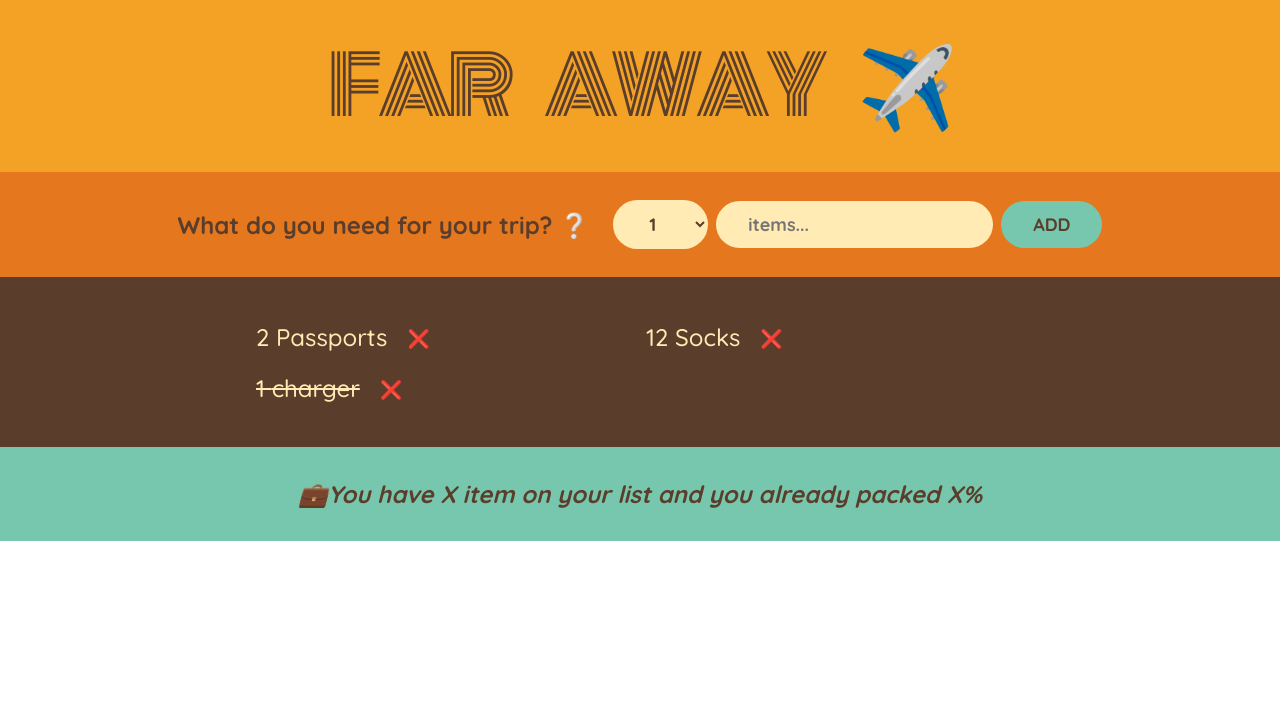
Repository: vgor15/Far-Away
Page: /
These files come from the project's save history. The page is drawn as it stood at one moment and after the next save; the edit follows.
The browser window is 1280 px wide. The pictures show the whole page.
The project was rebuilt for these pictures with package versions that can differ from the ones it lists, and the page was loaded fresh each time.

Above is the page before, as saved 2025-03-09 00:00:42.

After the next save:
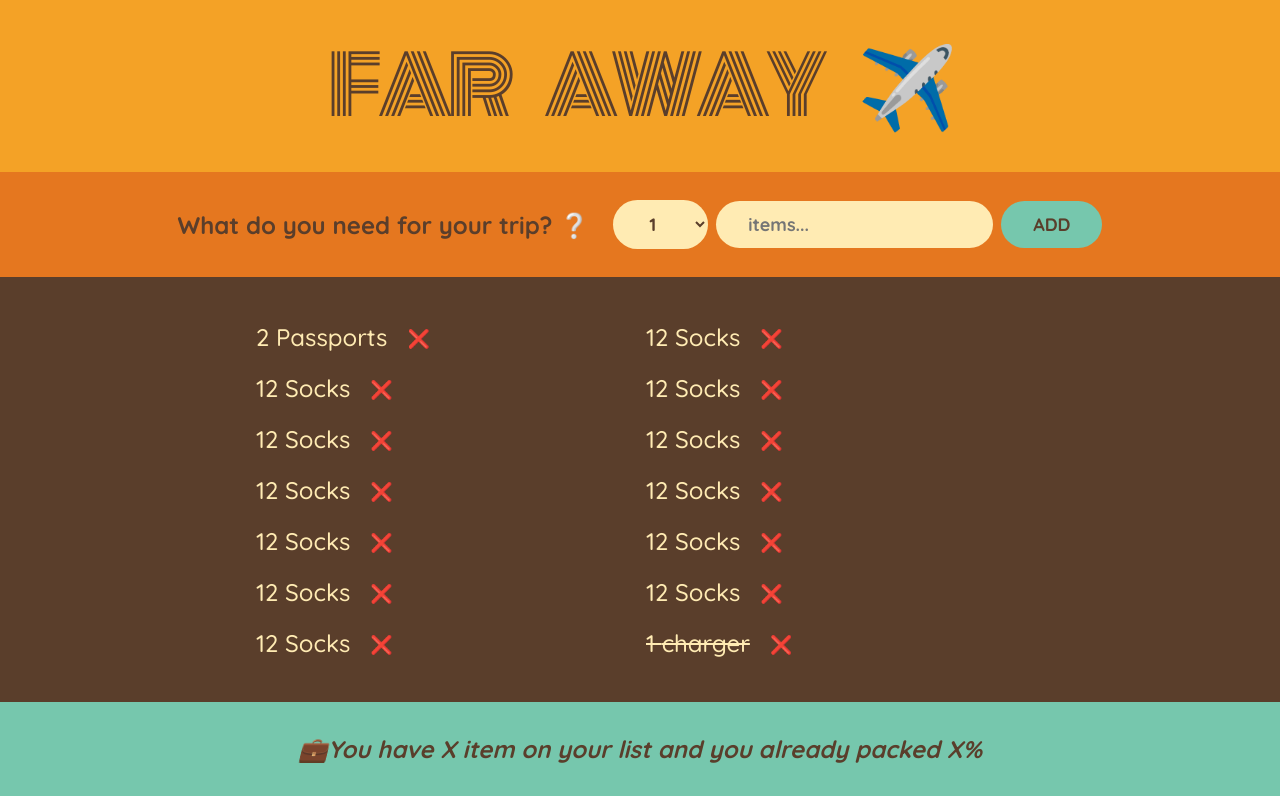
Saved 37 s later.
--- a/src/App.js
+++ b/src/App.js
@@ -1,5 +1,16 @@
 const initialItems = [
   { id: 1, description: "Passports", quantity: 2, packed: false },
+  { id: 2, description: "Socks", quantity: 12, packed: false },
+  { id: 2, description: "Socks", quantity: 12, packed: false },
+  { id: 2, description: "Socks", quantity: 12, packed: false },
+  { id: 2, description: "Socks", quantity: 12, packed: false },
+  { id: 2, description: "Socks", quantity: 12, packed: false },
+  { id: 2, description: "Socks", quantity: 12, packed: false },
+  { id: 2, description: "Socks", quantity: 12, packed: false },
+  { id: 2, description: "Socks", quantity: 12, packed: false },
+  { id: 2, description: "Socks", quantity: 12, packed: false },
+  { id: 2, description: "Socks", quantity: 12, packed: false },
+  { id: 2, description: "Socks", quantity: 12, packed: false },
   { id: 2, description: "Socks", quantity: 12, packed: false },
   { id: 2, description: "charger", quantity: 1, packed: true },
 ];

After the 2 saves that followed:
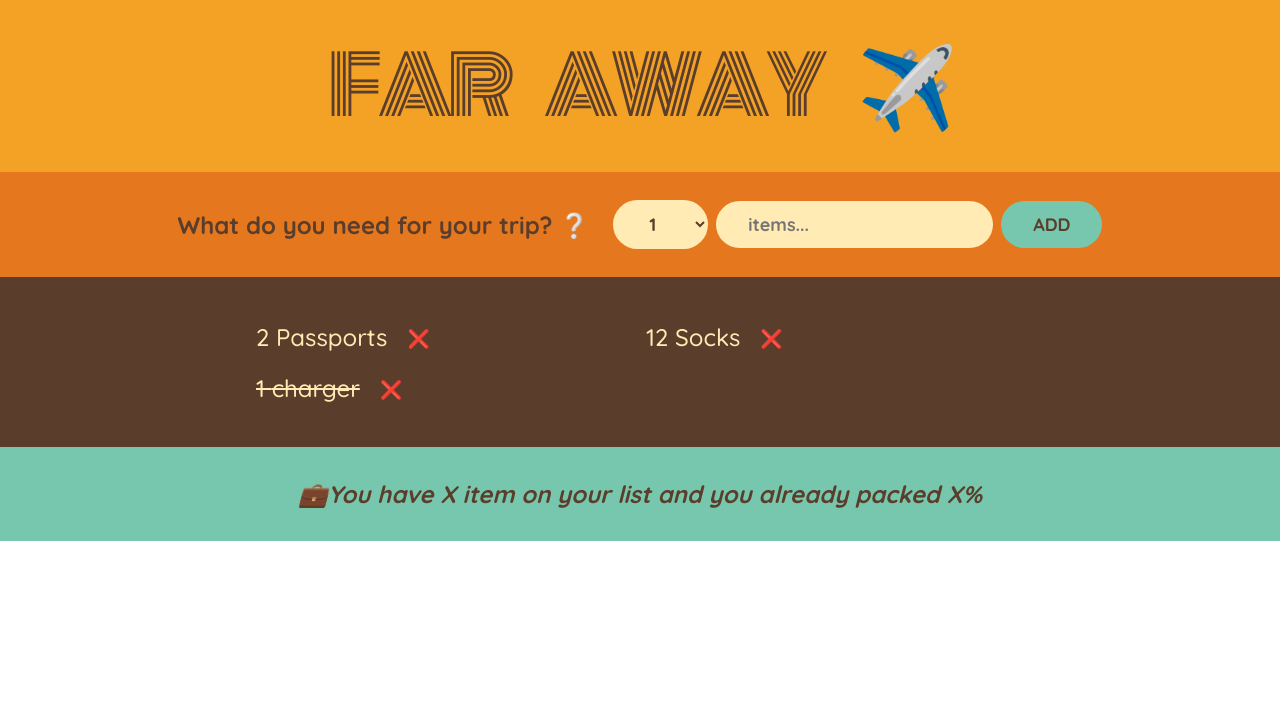
The 2 saves are shown as one change because they came seconds apart.
The last was saved 8 s later.
--- a/src/App.js
+++ b/src/App.js
@@ -1,16 +1,5 @@
 const initialItems = [
   { id: 1, description: "Passports", quantity: 2, packed: false },
-  { id: 2, description: "Socks", quantity: 12, packed: false },
-  { id: 2, description: "Socks", quantity: 12, packed: false },
-  { id: 2, description: "Socks", quantity: 12, packed: false },
-  { id: 2, description: "Socks", quantity: 12, packed: false },
-  { id: 2, description: "Socks", quantity: 12, packed: false },
-  { id: 2, description: "Socks", quantity: 12, packed: false },
-  { id: 2, description: "Socks", quantity: 12, packed: false },
-  { id: 2, description: "Socks", quantity: 12, packed: false },
-  { id: 2, description: "Socks", quantity: 12, packed: false },
-  { id: 2, description: "Socks", quantity: 12, packed: false },
-  { id: 2, description: "Socks", quantity: 12, packed: false },
   { id: 2, description: "Socks", quantity: 12, packed: false },
   { id: 2, description: "charger", quantity: 1, packed: true },
 ];
